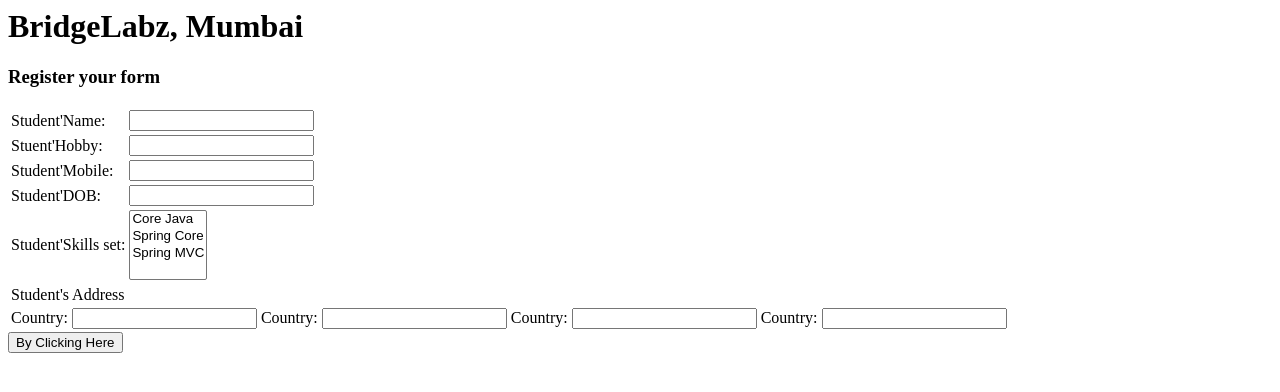
Repository: MFiroz303/Springs
Page: http://localhost/SampleApp/admissionform.html
An editor plug-in stored every save of this project. The page is shown before and after the next save, followed by the edit.
The browser window is 1280 px wide. The pictures show the whole page.
The page is served by Tomcat 9.

Above is the page before, as saved 2017-10-16 07:08:24.

After the next save:
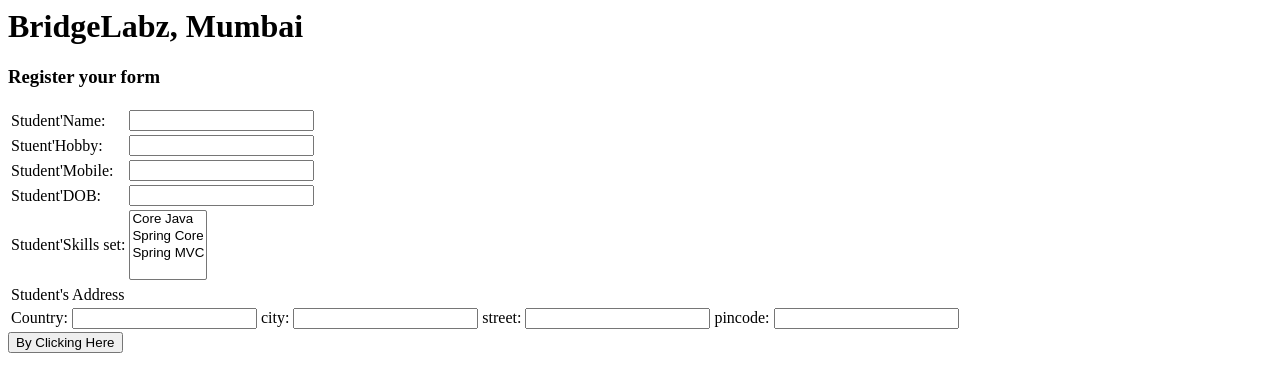
Saved 2 min 57 s later.
--- a/SampleApp/src/main/webapp/WEB-INF/admission.jsp
+++ b/SampleApp/src/main/webapp/WEB-INF/admission.jsp
@@ -30,9 +30,9 @@
 			      <td>Student's Address</td></tr>
 			    <tr>
 			       <td>Country: <input type="text" name="studentAddress.country"></td>
-			       <td>Country: <input type="text" name="studentAddress.city"></td>
-			       <td>Country: <input type="text" name="studentAddress.street"></td>
-			       <td>Country: <input type="text" name="studentAddress.pincode"></td>
+			       <td>city: <input type="text" name="studentAddress.city"></td>
+			       <td>street: <input type="text" name="studentAddress.street"></td>
+			       <td>pincode: <input type="text" name="studentAddress.pincode"></td>
 			    </tr>
 			</table>
 			 <tr><td><input type="submit" value="By Clicking Here">	</td></tr>
